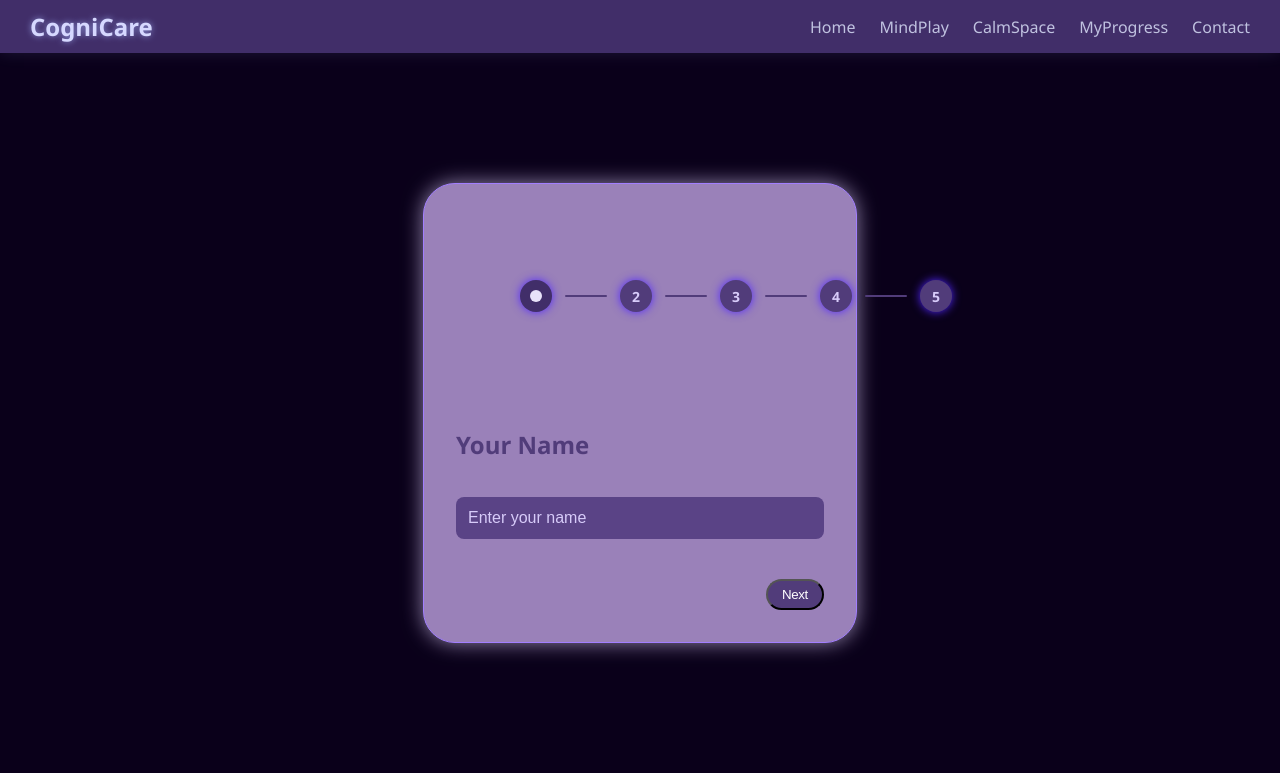
Repository: rujularaut/CogniCare
Page: /signup
These files come from the project's save history. The page is drawn as it stood at one moment and after the next save; the edit follows.
The browser window is 1280 px wide. The pictures show the whole page.
The project was rebuilt for these pictures with package versions that can differ from the ones it lists, and the page was loaded fresh each time. Also part of the build but not shown: src/components/Welcome.css, src/components/Welcome.js, src/components/Particles.css, src/components/Particles.js, src/components/Meditation.css, src/components/Meditation.js, src/components/Signup.css, src/components/Signup.js and 2 more.

Above is the page before, as saved 2025-06-24 15:15:13.

### src/App.js
import React from 'react';
import { BrowserRouter as Router, Routes, Route } from 'react-router-dom';
import './App.css';
import Welcome from './components/Welcome';
import Meditation from './components/Meditation';
import Signup from './components/Signup'; // ✅ Confirm this file exists
import Login from './components/Login';
import SignupStepper from './components/SignupStepper';

function App() {
  return (
    <Router>
      <div className="App">
        <nav>
          <div className="logo">CogniCare</div>
          <ul>
            <li><a href="/">Home</a></li>
            <li><a href="#">MindPlay</a></li>
            <li><a href="#">CalmSpace</a></li>
            <li><a href="#">MyProgress</a></li>
            <li><a href="#">Contact</a></li>
          </ul>
        </nav>

        <Routes>
          <Route path="/" element={
            <>
              <header>
                <h1>Welcome to CogniCare</h1>
                <p>Your mental health companion</p>
              </header>
              <Welcome />
              <Meditation />
            </>
          } />
          <Route path="/signup" element={<SignupStepper />} />
          <Route path="/signup" element={<Signup />} />
          <Route path="/login" element={<Login />} />
        </Routes>
      </div>
    </Router>
  );
}

export default App;

### src/App.css
body {
  margin: 0;
  padding: 0;
  font-family: 'Segoe UI', sans-serif;
  background-color: #0a001a;
  color: #d6d8ff;
}

nav {
  background-color: #412e69;
  color: #d6d8ff;
  display: flex;
  justify-content: space-between;
  align-items: center;
  padding: 10px 30px;
  box-shadow: 0 0 15px #a9b0ff20;
}

.logo {
  font-size: 24px;
  font-weight: bold;
  color: #d6d8ff;
  text-shadow: 0 0 6px #8b92d7;
}

nav ul {
  list-style: none;
  display: flex;
  gap: 24px;
  margin: 0;
  padding: 0;
}

nav ul li a {
  text-decoration: none;
  color: #c0c2e0;
  font-weight: 500;
  transition: color 0.3s ease;
}

nav ul li a:hover {
  color: #f7c258;
  text-shadow: 0 0 6px #a9b0ff;
}

header {
  background-color: #513c7a;
  padding: 5px;
  text-align: center;
  border-bottom: 6px solid #25003e;
}

h1 {
  margin-bottom: 10px;
  font-size: 45px;
  color: #d6d8ff;
  text-shadow: 0 0 10px #6c72ac;
}

p {
  font-size: 17px;
  color: #d6d8ff;
}

### src/components/SignupStepper.js
import React, { useState } from 'react';
import Stepper, { Step } from './Stepper';
import './SignupStepper.css';

const SignupStepper = () => {
  const [formData, setFormData] = useState({
    name: '',
    age: '',
    email: '',
    password: '',
  });

  const handleChange = (e) => {
    setFormData((prev) => ({ ...prev, [e.target.name]: e.target.value }));
  };

  return (
    <div className="signup-container">
      <Stepper
        initialStep={1}
        onFinalStepCompleted={() => console.log('Form complete', formData)}
        nextButtonText="Next"
        backButtonText="Back"
      >
        <Step>
          <h2>Your Name</h2>
          <input
            name="name"
            type="text"
            placeholder="Enter your name"
            value={formData.name}
            onChange={handleChange}
            required
          />
        </Step>
        <Step>
          <h2>Your Age</h2>
          <input
            name="age"
            type="number"
            placeholder="Enter your age"
            value={formData.age}
            onChange={handleChange}
            required
          />
        </Step>
        <Step>
          <h2>Email ID</h2>
          <input
            name="email"
            type="email"
            placeholder="Enter your email"
            value={formData.email}
            onChange={handleChange}
            required
          />
        </Step>
        <Step>
          <h2>Create Password</h2>
          <input
            name="password"
            type="password"
            placeholder="Create password"
            value={formData.password}
            onChange={handleChange}
            required
          />
        </Step>
        <Step>
          <h2>All Set!</h2>
          <p>Welcome, {formData.name} 🎉</p>
          <p>Already have an account? <a href="/login">Login here</a></p>
        </Step>
      </Stepper>
    </div>
  );
};

export default SignupStepper;

### src/components/Stepper.jsx
import React, { useState, Children, useRef, useLayoutEffect } from "react";
import { motion, AnimatePresence } from "framer-motion";

import "./Stepper.css";

export default function Stepper({
  children,
  initialStep = 1,
  onStepChange = () => { },
  onFinalStepCompleted = () => { },
  stepCircleContainerClassName = "",
  stepContainerClassName = "",
  contentClassName = "",
  footerClassName = "",
  backButtonProps = {},
  nextButtonProps = {},
  backButtonText = "Back",
  nextButtonText = "Continue",
  disableStepIndicators = false,
  renderStepIndicator,
  ...rest
}) {
  const [currentStep, setCurrentStep] = useState(initialStep);
  const [direction, setDirection] = useState(0);
  const stepsArray = Children.toArray(children);
  const totalSteps = stepsArray.length;
  const isCompleted = currentStep > totalSteps;
  const isLastStep = currentStep === totalSteps;

  const updateStep = (newStep) => {
    setCurrentStep(newStep);
    if (newStep > totalSteps) {
      onFinalStepCompleted();
    } else {
      onStepChange(newStep);
    }
  };

  const handleBack = () => {
    if (currentStep > 1) {
      setDirection(-1);
      updateStep(currentStep - 1);
    }
  };

  const handleNext = () => {
    if (!isLastStep) {
      setDirection(1);
      updateStep(currentStep + 1);
    }
  };

  const handleComplete = () => {
    setDirection(1);
    updateStep(totalSteps + 1);
  };

  return (
    <div className="outer-container" {...rest}>
      <div className={`step-circle-container ${stepCircleContainerClassName}`}>
        <div className={`step-indicator-row ${stepContainerClassName}`}>
          {stepsArray.map((_, index) => {
            const stepNumber = index + 1;
            const isNotLastStep = index < totalSteps - 1;
            return (
              <React.Fragment key={stepNumber}>
                {renderStepIndicator ? (
                  renderStepIndicator({
                    step: stepNumber,
                    currentStep,
                    onStepClick: (clicked) => {
                      setDirection(clicked > currentStep ? 1 : -1);
                      updateStep(clicked);
                    },
                  })
                ) : (
                  <StepIndicator
                    step={stepNumber}
                    disableStepIndicators={disableStepIndicators}
                    currentStep={currentStep}
                    onClickStep={(clicked) => {
                      setDirection(clicked > currentStep ? 1 : -1);
                      updateStep(clicked);
                    }}
                  />
                )}
                {isNotLastStep && (
                  <StepConnector isComplete={currentStep > stepNumber} />
                )}
              </React.Fragment>
            );
          })}
        </div>

        <StepContentWrapper
          isCompleted={isCompleted}
          currentStep={currentStep}
          direction={direction}
          className={`step-content-default ${contentClassName}`}
        >
          {stepsArray[currentStep - 1]}
        </StepContentWrapper>

        {!isCompleted && (
          <div className={`footer-container ${footerClassName}`}>
            <div className={`footer-nav ${currentStep !== 1 ? "spread" : "end"}`}>
              {currentStep !== 1 && (
                <button
                  onClick={handleBack}
                  className={`back-button ${currentStep === 1 ? "inactive" : ""}`}
                  {...backButtonProps}
                >
                  {backButtonText}
                </button>
              )}
              <button
                onClick={isLastStep ? handleComplete : handleNext}
                className="next-button"
                {...nextButtonProps}
              >
                {isLastStep ? "Complete" : nextButtonText}
              </button>
            </div>
          </div>
        )}
      </div>
    </div>
  );
}

function StepContentWrapper({ isCompleted, currentStep, direction, children, className }) {
  const [parentHeight, setParentHeight] = useState(0);

  return (
    <motion.div
      className={className}
      style={{ position: "relative", overflow: "hidden" }}
      animate={{ height: isCompleted ? 0 : parentHeight }}
      transition={{ type: "spring", duration: 0.4 }}
    >
      <AnimatePresence initial={false} mode="sync" custom={direction}>
        {!isCompleted && (
          <SlideTransition key={currentStep} direction={direction} onHeightReady={(h) => setParentHeight(h)}>
            {children}
          </SlideTransition>
        )}
      </AnimatePresence>
    </motion.div>
  );
}

function SlideTransition({ children, direction, onHeightReady }) {
  const containerRef = useRef(null);

  useLayoutEffect(() => {
    if (containerRef.current) onHeightReady(containerRef.current.offsetHeight);
  }, [children, onHeightReady]);

  return (
    <motion.div
      ref={containerRef}
      custom={direction}
      variants={stepVariants}
      initial="enter"
      animate="center"
      exit="exit"
      transition={{ duration: 0.4 }}
      style={{ position: "absolute", left: 0, right: 0, top: 0 }}
    >
      {children}
    </motion.div>
  );
}

const stepVariants = {
  enter: (dir) => ({
    x: dir >= 0 ? "-100%" : "100%",
    opacity: 0,
  }),
  center: {
    x: "0%",
    opacity: 1,
  },
  exit: (dir) => ({
    x: dir >= 0 ? "50%" : "-50%",
    opacity: 0,
  }),
};

export function Step({ children }) {
  return <div className="step-default">{children}</div>;
}

function StepIndicator({ step, currentStep, onClickStep, disableStepIndicators }) {
  const status = currentStep === step ? "active" : currentStep < step ? "inactive" : "complete";

  const handleClick = () => {
    if (step !== currentStep && !disableStepIndicators) onClickStep(step);
  };

  return (
    <motion.div onClick={handleClick} className="step-indicator" animate={status} initial={false}>
      <motion.div
        variants={{
          inactive: { scale: 1, backgroundColor: "#513c7a", color: "#d7cbf9" },
          active: { scale: 1, backgroundColor: "#412e69", color: "#d7cbf9" },
          complete: { scale: 1, backgroundColor: "#412e69", color: "#d7cbf9" },
        }}
        transition={{ duration: 0.3 }}
        className="step-indicator-inner"
      >
        {status === "complete" ? (
          <CheckIcon className="check-icon" />
        ) : status === "active" ? (
          <div className="active-dot" />
        ) : (
          <span className="step-number">{step}</span>
        )}
      </motion.div>
    </motion.div>
  );
}

function StepConnector({ isComplete }) {
  const lineVariants = {
    incomplete: { width: 0, backgroundColor: "transparent" },
    complete: { width: "100%", backgroundColor: "#5227FF" },
  };

  return (
    <div className="step-connector">
      <motion.div
        className="step-connector-inner"
        variants={lineVariants}
        initial={false}
        animate={isComplete ? "complete" : "incomplete"}
        transition={{ duration: 0.4 }}
      />
    </div>
  );
}

function CheckIcon(props) {
  return (
    <svg {...props} fill="none" stroke="currentColor" strokeWidth={2} viewBox="0 0 24 24">
      <motion.path
        initial={{ pathLength: 0 }}
        animate={{ pathLength: 1 }}
        transition={{ delay: 0.1, type: "tween", ease: "easeOut", duration: 0.3 }}
        strokeLinecap="round"
        strokeLinejoin="round"
        d="M5 13l4 4L19 7"
      />
    </svg>
  );
}

### src/components/SignupStepper.css
.signup-container {
background: linear-gradient(to bottom right,  #ecdffd);
  color: #513c7a;
  min-height: 100vh;
  display: flex;
  justify-content: center;
  align-items: center;
}

input {
  width: 100%;
  padding: 12px;
  margin-top: 1em;
  border-radius: 8px;
  border: none;
  font-size: 16px;
  background-color: #5a4386;
  color: #d7cbf9;
}

input::placeholder {
  color: #d7cbf9;
}

### src/components/Stepper.css
.outer-container {
  display: flex;
  min-height: 100%;
  flex: 1 1 0%;
  flex-direction: column;
  align-items: center;
  justify-content: center;
  padding: 1rem;
}

@media (min-width: 640px) {
  .outer-container {
    aspect-ratio: 4 / 3;
  }
}

@media (min-width: 768px) {
  .outer-container {
    aspect-ratio: 2 / 1;
  }
}

.step-circle-container {
  margin-left: auto;
  margin-right: auto;
  width: 100%;
  max-width: 27rem;
  border-radius: 2rem;
  box-shadow: 0 20px 25px -5px rgba(207, 178, 246, 0.1),
    0 10px 10px -5px rgba(210, 198, 248, 0.04);
  background-color: #9a81b9;  /* soft purple or your choice */
  border: 1px solid #a27eff;
  box-shadow: 0 0 20px #9284aa;
}

.step-indicator-row {
  display: flex;
  width: 100%;
  align-items: center;
  padding: 6rem;
}

.step-content-default {
  position: relative;
  overflow: hidden;
}

.step-default {
  padding-left: 2rem;
  padding-right: 3.5rem;
}

.footer-container {
  padding-left: 2rem;
  padding-right: 2rem;
  padding-bottom: 2rem;
}

.footer-nav {
  margin-top: 2.5rem;
  display: flex;
}

.footer-nav.spread {
  justify-content: space-between;
}

.footer-nav.end {
  justify-content: flex-end;
}

.back-button {
  transition: all 350ms;
  border-radius: 9999px;
  padding: 0.25rem 0.5rem;
  color: #513c7a;
  cursor: pointer ;
}

.back-button:hover {
  color: #513c7a;
}

.back-button.inactive {
  pointer-events: none;
  opacity: 0.5;
  color: #513c7a;
}

.next-button {
  transition: all 350ms;
  display: flex;
  align-items: center;
  justify-content: center;
  border-radius: 9999px;
  background-color: #513c7a;
  color: #fff;
  font-weight: 500;
  letter-spacing: -0.025em;
  padding: 0.375rem 0.875rem;
  cursor: pointer;
}

.next-button:hover {
  background-color: #3c256a;
}

.next-button:active {
  background-color: #513c7a;
}

.step-indicator {
  position: relative;
  cursor: pointer;
  outline: none;
}

.step-indicator-inner {
  display: flex;
  height: 2rem;
  width: 2rem;
  align-items: center;
  justify-content: center;
  border-radius: 9999px;
  font-weight: 600;
  background-color: #5227FF; /* neon blue */
  color: white;
  box-shadow: 0 0 10px #5227FF;
}

.active-dot {
  height: 0.75rem;
  width: 0.75rem;
  border-radius: 9999px;
  background-color: #e8e2f9;
}

.step-number {
  font-size: 0.875rem;
}

.step-connector {
  position: relative;
  margin-left: 0.8rem;
  margin-right: 0.8rem;
  height: 0.125rem;
  flex: 1;
  overflow: hidden;
  border-radius: 0.25rem;
  background-color: #513c7a;
}

.step-connector-inner {
  position: absolute;
  left: 0;
  top: 0;
  height: 100%;
}

.check-icon {
  height: 1.5rem;
  width: 1.5rem;
  color: #e8e2f9;
}

Loaded but not shown: public/index.html (common file); src/index.js (common file); src/index.css (common file)

After the next save:
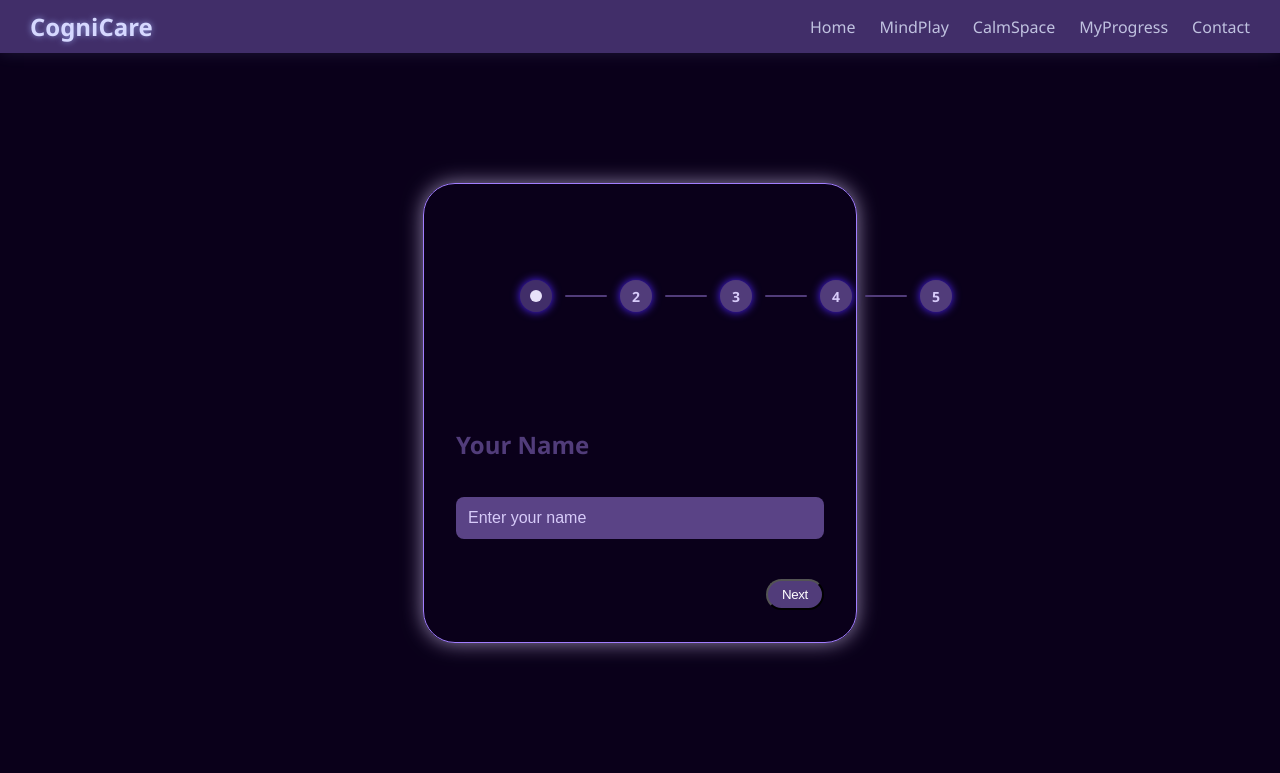
Saved 16 s later.
--- a/src/components/Stepper.css
+++ b/src/components/Stepper.css
@@ -26,8 +26,7 @@
   width: 100%;
   max-width: 27rem;
   border-radius: 2rem;
-  box-shadow: 0 20px 25px -5px rgba(207, 178, 246, 0.1),
-    0 10px 10px -5px rgba(210, 198, 248, 0.04);
+  box-shadow: #e8e2f9
   background-color: #9a81b9;  /* soft purple or your choice */
   border: 1px solid #a27eff;
   box-shadow: 0 0 20px #9284aa;

After the save that followed:
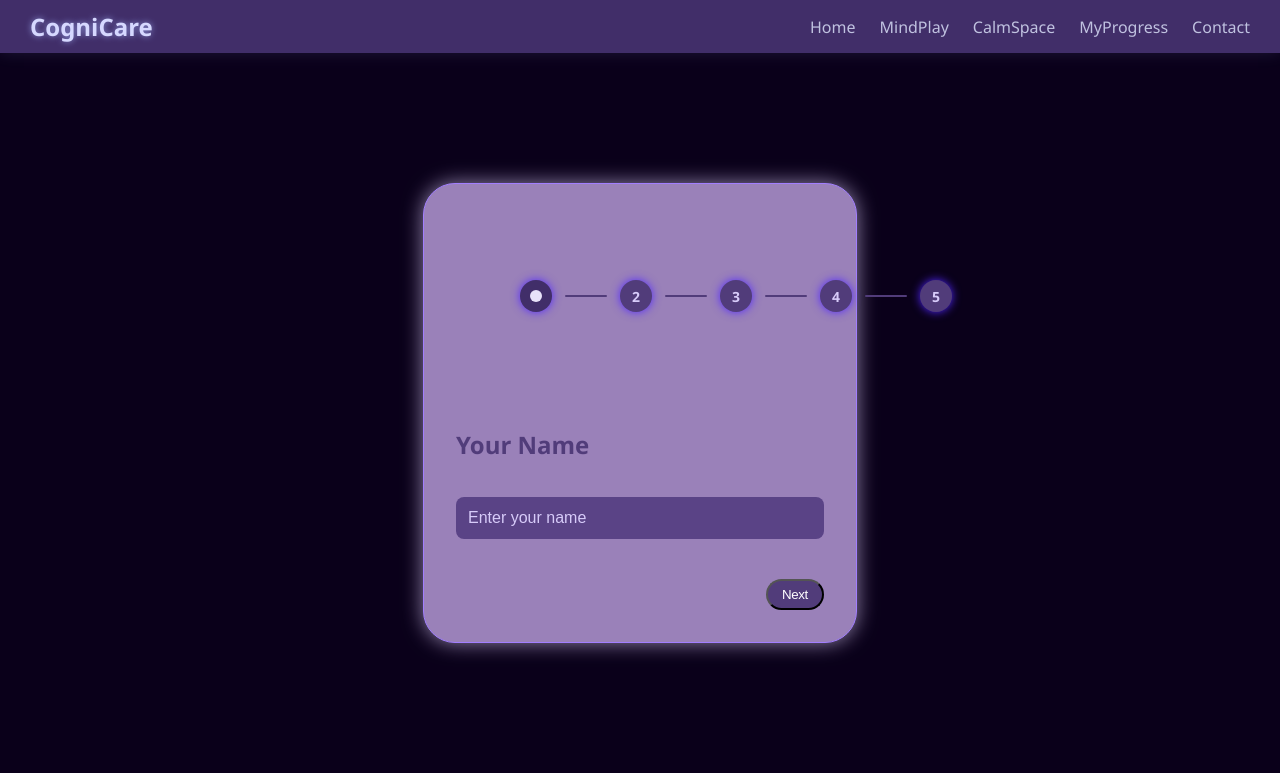
Saved 7 s later.
--- a/src/components/Stepper.css
+++ b/src/components/Stepper.css
@@ -26,7 +26,8 @@
   width: 100%;
   max-width: 27rem;
   border-radius: 2rem;
-  box-shadow: #e8e2f9
+  box-shadow: 0 20px 25px -5px rgba(207, 178, 246, 0.1),
+    0 10px 10px -5px rgba(210, 198, 248, 0.04);
   background-color: #9a81b9;  /* soft purple or your choice */
   border: 1px solid #a27eff;
   box-shadow: 0 0 20px #9284aa;
